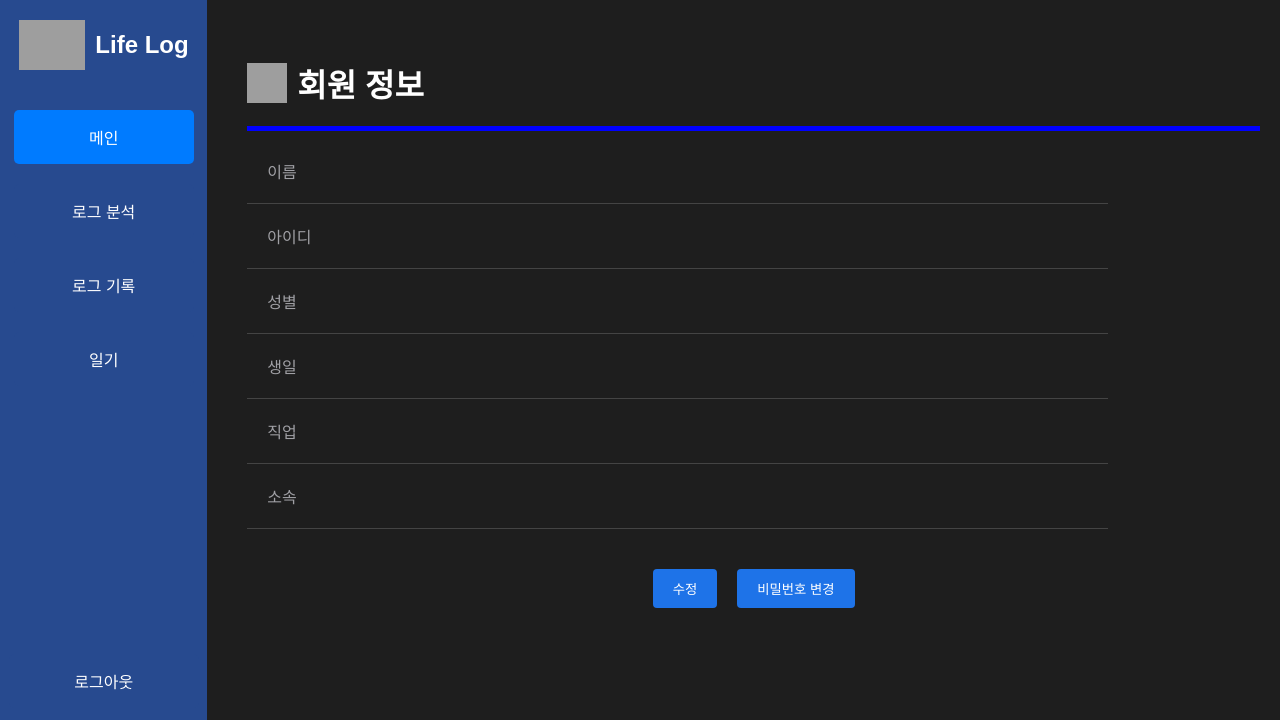
Repository: Hyuk-II/2-2
Page: http://localhost/LifeLog/profile.jsp
The author's editor kept a copy of each file at every save. The page is drawn from the files as they stood at one save, then again after the next save.
The browser window is 1280 px wide. The pictures show the whole page.
Pictures or frames that could not be fetched are drawn as grey boxes. The page is served by Tomcat 9. The session is filled in as if someone had signed in: {"email": "test@example.com", "name": "Test User"}. Queries for data that is not in the repository find no rows.

Above is the page before, as saved 2024-12-14 12:08:33.

### 웹 프로그래밍/LifeLog/src/main/webapp/profile.jsp
<%@ page language="java" contentType="text/html; charset=UTF-8" pageEncoding="UTF-8"%>
<%@ page import="java.sql.*, javax.servlet.http.*, javax.servlet.*" %>
<!DOCTYPE html>
<html lang="ko">

<head>
    <meta charset="UTF-8">
    <title>Life Log</title>
    <style>
        body {
            font-family: Arial, sans-serif;
            background-color: #1e1e1e;
            color: white;
            margin: 0;
            padding: 0;
            display: flex;
        }

        .container {
            display: flex;
            height: 100vh;
            width: 100%;
        }

        .menu-bar {
            flex: 0.185;
            background-color: #274a8f;
            display: flex;
            flex-direction: column;
            align-items: center;
            padding: 20px 10px;
            gap: 20px;
            height: 100%;
            box-sizing: border-box;
        }

        .menu-item {
            display: flex;
            align-items: center;
            justify-content: center;
            padding: 15px;
            width: 80%;
            color: white;
            text-align: center;
            background-color: #274a8f;
            border-radius: 5px;
            cursor: pointer;
            transition: background-color 0.3s ease;
        }

        .menu-item:hover,
        .menu-item.active {
            background-color: #007bff;
        }

		.place-bottom{
      		bottom: 12px;
      		width: 160px;
      		position: absolute;
      	}

        .logo-container {
            display: flex;
            align-items: center;
            gap: 10px;
            margin-bottom: 20px;
        }

        .logo {
            height: 50px;
            width: auto;
        }

        .logo-text {
            font-size: 24px;
            font-weight: bold;
            color: white;
        }

        .content {
            flex: 1;
            padding: 20px;
            padding-left: 40px;
            margin-top: 40px;
            overflow-y: auto;
            box-sizing: border-box;
        }

        .header {
            display: flex;
            align-items: center;
            margin-bottom: 20px;
        }

        .header img {
            width: 40px;
            height: 40px;
            margin-right: 10px;
        }

        .header h1 {
            text-align: left;
            color: white;
            margin: 0;
        }

        .content hr {
            height: 5px;
            width: 100%;
            border: none;
            background-color: blue;
            margin-top: 0px;
        }

        .info-table {
            width: 85%;
            border-collapse: collapse;
        }

        .info-table tr {
            border-bottom: 1px solid #444;
        }

        .info-table td {
            padding: 20px 20px;
            text-align: left;
        }

        .info-table td:first-child {
            width: 30%;
            color: #a0a0a5;
        }

        .button-container {
            display: flex;
            justify-content: center;
            gap: 20px;
            margin-top: 40px;
        }

        .button {
            background-color: #1e73e8;
            color: white;
            padding: 10px 20px;
            border: none;
            border-radius: 4px;
            cursor: pointer;
        }

        .button:hover {
            background-color: #155bb5;
        }
    </style>
</head>

<body>
    <%

    String userEmail = (String) session.getAttribute("email"); // 세션에서 이메일 값 가져오기

    // 데이터베이스 연결 설정
    String url = "jdbc:mysql://localhost:3306/life_log_db?serverTimezone=UTC";
    String username = "lifelog_admin";
    String password = "q1w2e3r4";
    Connection conn = null;
    PreparedStatement pstmt = null;
    ResultSet rs = null;

    // 사용자 데이터 초기화
    String name = "", id = "", gender = "",  birthday = "", job = "", org = "";

    if (userEmail != null) { // 로그인된 사용자가 있을 경우
        try {
            // 데이터베이스 연결
            Class.forName("com.mysql.cj.jdbc.Driver");
            conn = DriverManager.getConnection(url, username, password);

            // 사용자 데이터를 조회 (세션에서 받은 userEmail로 데이터 조회)
            String sql = "SELECT * FROM users WHERE id = ?";
            pstmt = conn.prepareStatement(sql);
            pstmt.setString(1, userEmail); // 세션에서 가져온 사용자 이메일을 사용
            rs = pstmt.executeQuery();

            if (rs.next()) {
                name = rs.getString("name");
                id = rs.getString("id");
                gender = rs.getString("gender").equals("MALE") ? "남성" : "여성";
                birthday = rs.getString("birthday");
                job = rs.getString("job");
                org = rs.getString("org");
            }
        } catch (Exception e) {
            e.printStackTrace();
        } finally {
            if (rs != null) try { rs.close(); } catch (SQLException e) {}
            if (pstmt != null) try { pstmt.close(); } catch (SQLException e) {}
            if (conn != null) try { conn.close(); } catch (SQLException e) {}
        }
    } else {
        // 세션에 사용자 이메일이 없다면 로그인 페이지로 리다이렉션
        response.sendRedirect("SignIn.jsp");
    }
    %>

    <div class="container">
        <!-- 메뉴바 -->
        <div class="menu-bar">
            <div class="logo-container">
                <img src="./images/Logo.png" alt="Logo" class="logo" />
                <div class="logo-text">Life Log</div>
            </div>
            <div class="menu-item active" data-page="main" onclick="location.href='main.jsp'">메인</div>
            <div class="menu-item" data-page="log-analysis" onclick="location.href='log_analyze.jsp'">로그 분석</div>
            <div class="menu-item" data-page="log-record" onclick="location.href='goal_set.jsp'">로그 기록</div>
            <div class="menu-item" data-page="diary" onclick="location.href='diary.jsp'">일기</div>
            <div class="menu-item place-bottom" onclick="location.href='SignOut.jsp'">로그아웃</div>
        </div>

        <!-- 콘텐츠 -->
        <div class="content">
            <div class="header">
                <img src="<%= request.getContextPath() %>/images/profile-icon.png" alt="Profile Icon">
                <h1>회원 정보</h1>
            </div>
            <hr>
            <table class="info-table">
                <tr>
                    <td>이름</td>
                    <td><%= name %></td>
                </tr>
                <tr>
                    <td>아이디</td>
                    <td><%= id %></td>
                </tr>
                <tr>
                    <td>성별</td>
                    <td><%= gender %></td>
                </tr>
                <tr>
                    <td>생일</td>
                    <td><%= birthday %></td>
                </tr>
                <tr>
                    <td>직업</td>
                    <td><%= job %></td>
                </tr>
                <tr>
                    <td>소속</td>
                    <td><%= org %></td>
                </tr>
            </table>
            <div class="button-container">
                <button class="button" onclick="location.href='<%= request.getContextPath() %>/edit_profile.jsp'">수정</button>
                <button class="button" onclick="location.href='<%= request.getContextPath() %>/change_pwd.jsp'">비밀번호 변경</button>
            </div>
        </div>
    </div>
</body>

</html>

After the next save:
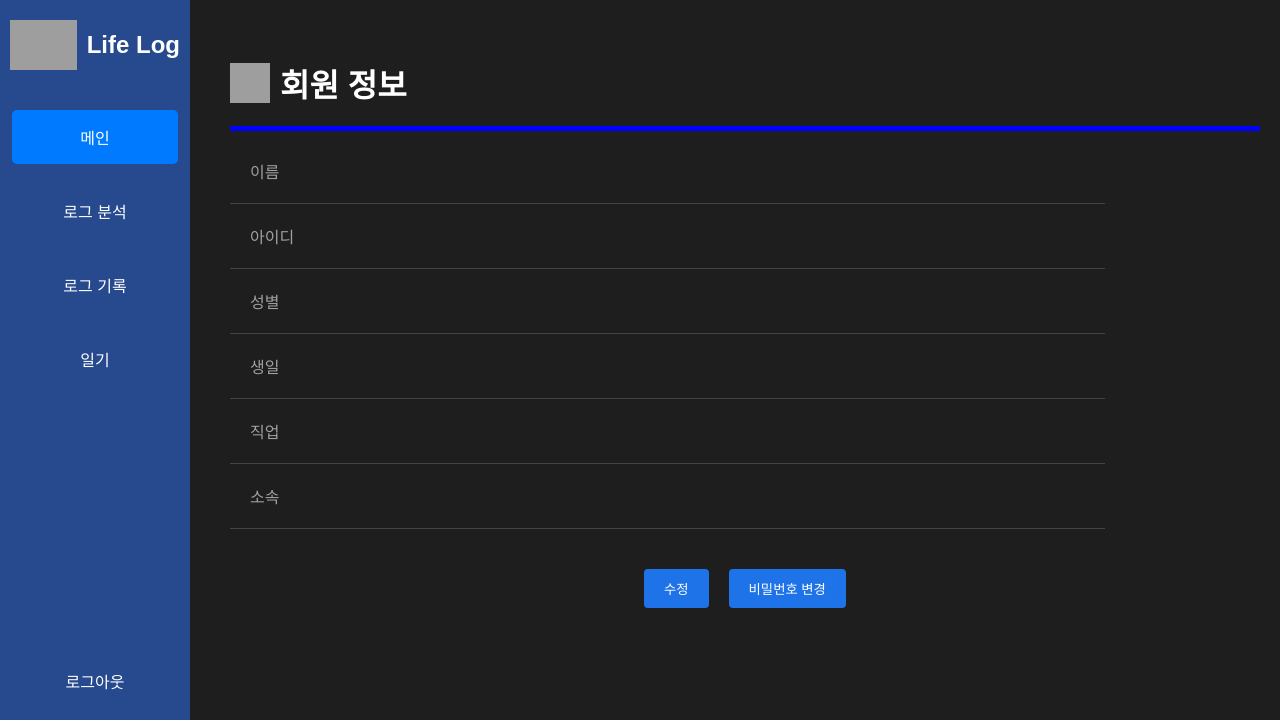
Saved 47 s later.
--- a/웹 프로그래밍/LifeLog/src/main/webapp/profile.jsp
+++ b/웹 프로그래밍/LifeLog/src/main/webapp/profile.jsp
@@ -23,7 +23,7 @@
         }
 
         .menu-bar {
-            flex: 0.185;
+            wicth:200px;
             background-color: #274a8f;
             display: flex;
             flex-direction: column;
